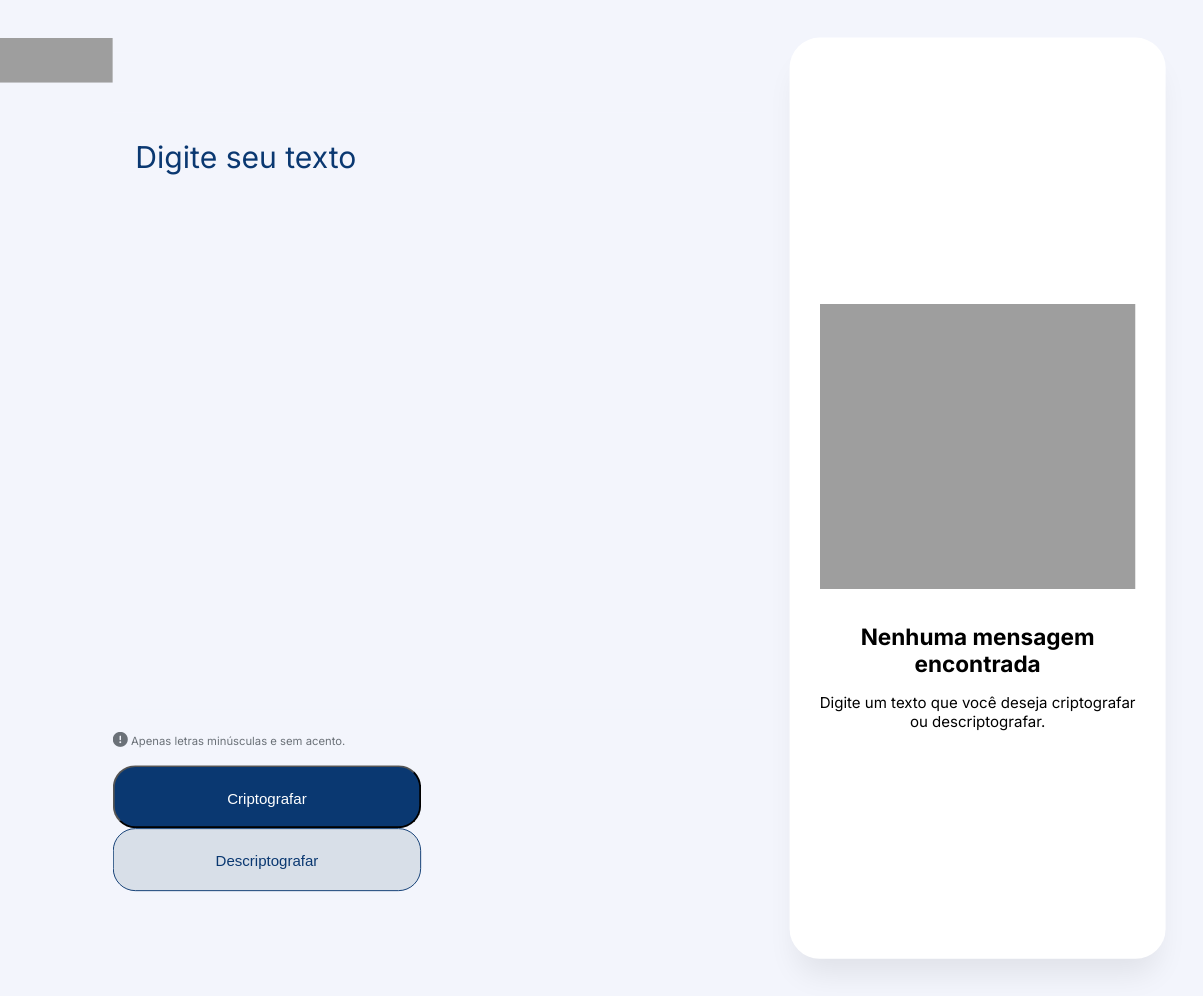
Repository: CarlosEduardoVdeOliveira/descodificador-de-texto
Page: index.html
The author's editor kept a copy of each file at every save. The page is drawn from the files as they stood at one save, then again after a run of saves.
The browser window is 1280 px wide. The pictures show the whole page, at 94% of full size.
Pictures or frames that could not be fetched are drawn as grey boxes.

Above is the page before, as saved 2023-04-12 09:30:19.

### index.html
<!DOCTYPE html>
<html lang="en">
<head>
   <meta charset="UTF-8">
   <link rel="preconnect" href="https://fonts.googleapis.com">
   <link rel="preconnect" href="https://fonts.gstatic.com" crossorigin>
   <meta http-equiv="X-UA-Compatible" content="IE=edge">
   <meta name="viewport" content="width=device-width, initial-scale=1.0">
   <link href="https://fonts.googleapis.com/css2?family=Inter:wght@400;700&display=swap" rel="stylesheet">
   <link rel="stylesheet" href="https://cdnjs.cloudflare.com/ajax/libs/font-awesome/6.4.0/css/all.min.css" integrity="sha512-iecdLmaskl7CVkqkXNQ/ZH/XLlvWZOJyj7Yy7tcenmpD1ypASozpmT/E0iPtmFIB46ZmdtAc9eNBvH0H/ZpiBw==" crossorigin="anonymous" referrerpolicy="no-referrer" />
   <link rel="stylesheet" href="/public/styles/reset.css">
   <link rel="stylesheet" href="/public/styles/index.css">
   <title>Decodificador</title>
</head>
<body>
   <main>
      <img src="/public/images/imageLogo.png"
         alt="letra a da logo da escola de programação Alura">
      <div class="frist-area">
         <textarea placeholder="Digite seu texto" autofocus></textarea>
         <span>
            <i class="fa-solid fa-circle-exclamation"></i>
            Apenas letras minúsculas e sem acento.
         </span>
         <div>
            <button class="button-cryptography">Criptografar</button>
            <button class="button-decryption">Descriptografar</button>
         </div>
      </div>
      <div class="cryption">
         <img src="/public/images/imageHighLight.svg" alt="">
         <div>
            <h2>Nenhuma mensagem encontrada</h2>
            <p>
               Digite um texto que você deseja criptografar ou descriptografar.
            </p>
         </div>
      </div>
   </main>
   <script src="/public/scripts/index.js"></script>
</body>
</html>

### public/styles/reset.css
:root{
   --light-gray: #D8DFE8;
   --gray-100: #CED4DA;
   --gray-200: #ADB5BD;
   --gray-300: #868E96;
   --gray-400: #495057;
   --gray-500: #343A40;
   --light-blue-100: #F3F5FC;
   --light-blue-200: #EFF1FA;
   --light-blue-300: #E9ECF8;
   --light-blue-400: #AAB2D5;
   --light-blue-500: #757FB2;
   --dark-blue-100: #609ED4;
   --dark-blue-200: #356EA9;
   --dark-blue-300: #0A3871;
   --dark-blue-400: #072B61;
   --dark-blue-500: #052051;
}
*{
   margin: 0;
   padding: 0;
   box-sizing: border-box;
}

html{
   font-family:  'Inter', sans-serif;
   font-size: 1rem;
}

### public/styles/index.css
/* header{
   width: 100%;
   height: 2.5rem;
} */
body{
   background-color: var(--light-blue-100);
}
img{
   width: 8rem;
   height: 3rem;
   margin-top: 2.5rem;
}
main {
   display: flex;
   justify-content: space-around;
   align-items: self-start;
   margin: 0 auto;
}
.frist-area{
   display: flex;
   flex-direction: column;
   margin-top: 7.5rem;
}
textarea{
   width: 42.5rem;
   height: 39.68rem;
   font-family: 'Inter';
   font-size: 32px;
   line-height: 150%;
   background-color: var(--light-blue-100);
   color: var(--dark-blue-300);
   border: none;
   resize: none;
   margin-bottom: 1.5rem;
   padding: 1.5rem;
}
textarea:focus{
   outline: 0;
}

textarea::placeholder{
   color: var(--dark-blue-300);
}

i{
   color: var(--gray-400);
   font-size: 1rem;
}
span{
   font-size: 12px;
   color: var(--gray-400);
   line-height: 150%;
   opacity: 0.8;
   margin-bottom: 1rem;
}
button{
   padding: 1.5rem;
   gap: .5rem;
   width: 328px;
   height: 67px;
   border-radius: 1.5rem;
   cursor: pointer;
   font-size: 1rem;
   line-height: 19px;
   transition: all .2s;
}
.button-cryptography{
   background-color: var(--dark-blue-300);
   color: #FFFFFF;
   margin-right: 1.5rem;
}
.button-cryptography:hover{
   background-color: var(--dark-blue-400);
}
.button-decryption{
   background: var(--light-gray);
   color: var(--dark-blue-300);
   border: 1px solid var(--dark-blue-300);
}
.button-decryption:hover{
   background-color: var(--light-blue-200);
}
.cryption{
   width: 25rem;
   margin: 2.5rem;
   padding: 15.188rem 2rem;
   text-align: center;
   background: #FFFFFF;
   /* shadow */
   box-shadow: 0px 24px 32px -8px rgba(0, 0, 0, 0.08);
   border-radius: 32px;
}
.cryption div{
   display: flex;
   flex-direction: column;

   margin-top: 2rem;
   padding: 0px;
   gap: 16px;
}
.cryption img{
   width: 21rem;
   height: 19rem;
}

.format-text-cryption{}

### public/scripts/index.js
const elementTextarea = document.querySelector("textarea");
const areaCryption = document.querySelector(".cryption");
const buttonCryptography = document.querySelector(".button-cryptography");
const buttonDecryption = document.querySelector(".button-decryption");


function alterTextCryptionArea(){
   areaCryption.innerHTML = `
      <p class="format-text-cryption">${elementTextarea.value}</p>
      <button class="button-copy-cryption">Copiar</button>
   `;
}
buttonCryptography.onclick = alterTextCryptionArea
buttonDecryption.onclick = alterTextCryptionArea

After the next 2 saves:
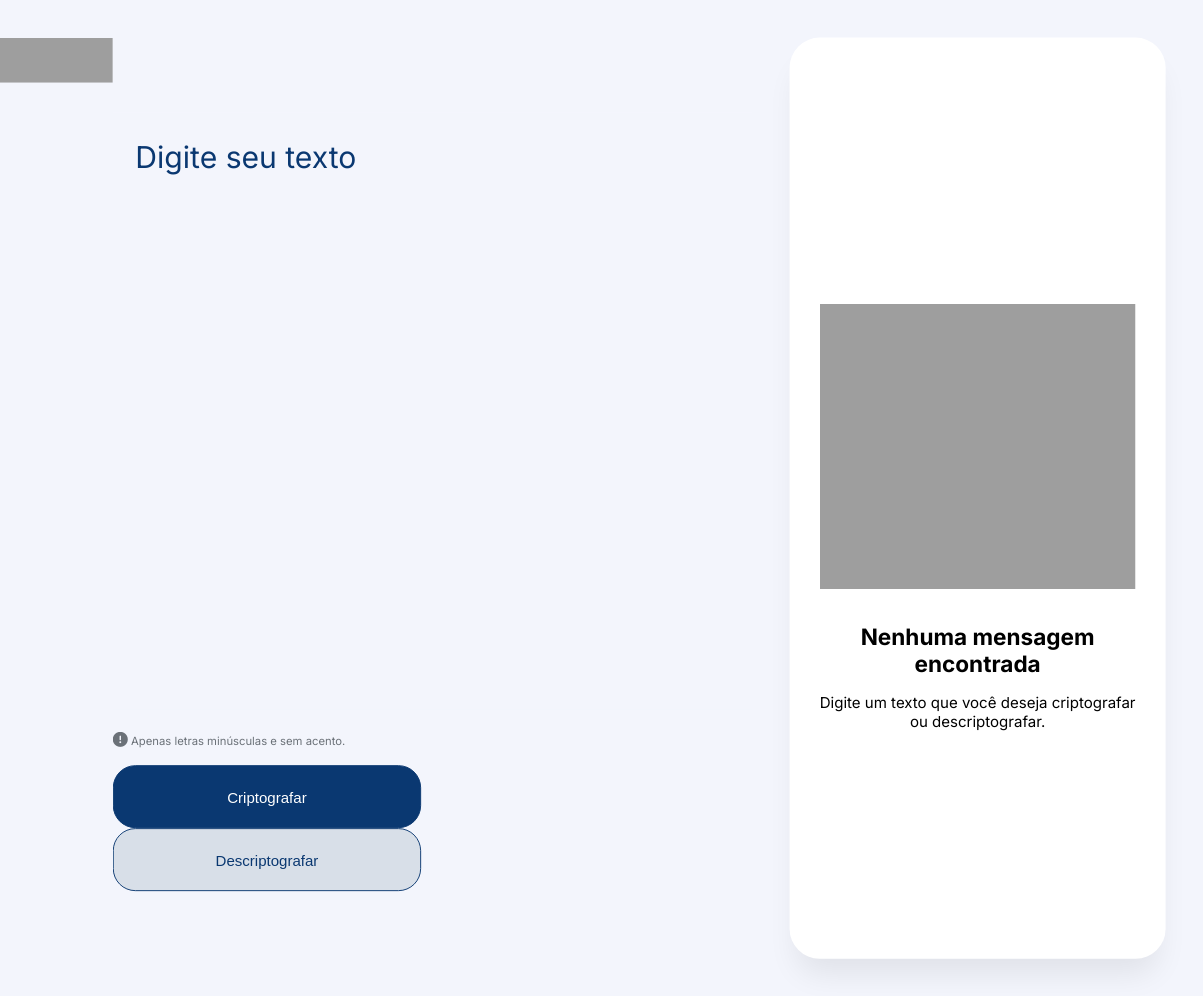
The 2 saves are shown as one change because they came seconds apart.
The last was saved 42 s later.
--- a/public/styles/index.css
+++ b/public/styles/index.css
@@ -62,6 +62,7 @@ button{
    cursor: pointer;
    font-size: 1rem;
    line-height: 19px;
+   border: 1px solid var(--dark-blue-300);
    transition: all .2s;
 }
 .button-cryptography{
@@ -75,7 +76,6 @@ button{
 .button-decryption{
    background: var(--light-gray);
    color: var(--dark-blue-300);
-   border: 1px solid var(--dark-blue-300);
 }
 .button-decryption:hover{
    background-color: var(--light-blue-200);
@@ -104,3 +104,7 @@ button{
 }
 
 .format-text-cryption{}
+
+.button-copy-cryption{
+
+}
